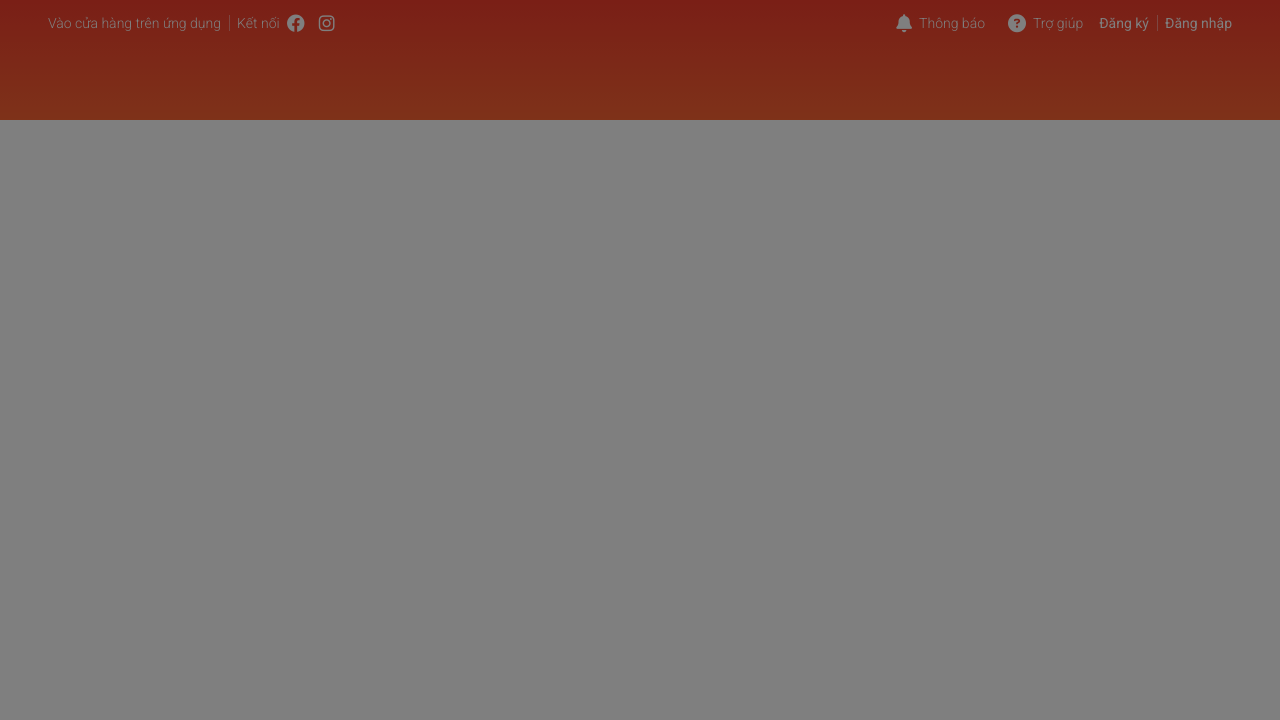
Repository: dptuyen1/F8-Tutorial
Page: index.html
An editor plug-in stored every save of this project. The page is shown before and after the next save, followed by the edit.
The browser window is 1280 px wide. The pictures show the whole page.

Above is the page before, as saved 2023-05-08 18:42:33.

After the next save:
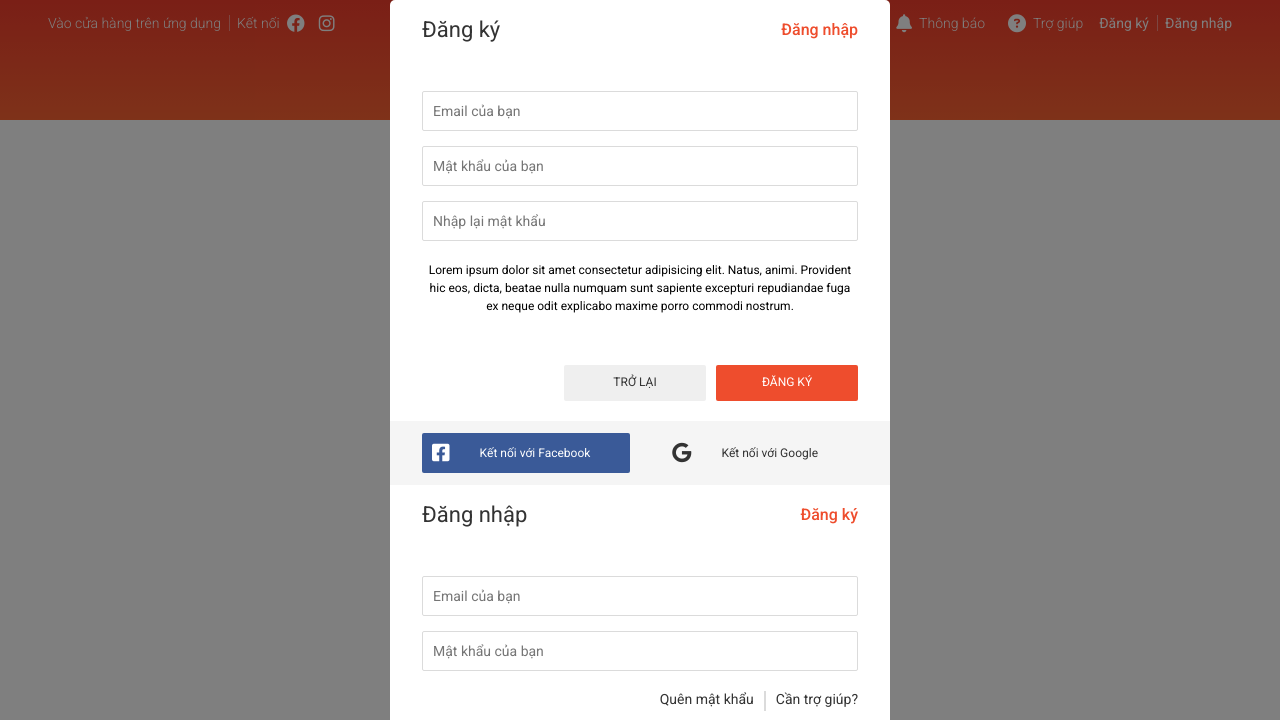
Saved 14 h 33 min later.
--- a/index.html
+++ b/index.html
@@ -175,7 +175,7 @@
         <!-- Authenticated Form -->
 
         <!-- Register Form -->
-        <!-- <form class="auth-form">
+        <form class="auth-form">
           <div class="auth-form__container">
             <div class="auth-form__header">
               <h3 class="auth_form__heading">Đăng ký</h3>
@@ -236,10 +236,10 @@
               <span class="auth-form__socials-label">Kết nối với Google</span>
             </a>
           </div>
-        </form> -->
+        </form>
 
         <!-- Login Form -->
-        <!-- <form class="auth-form">
+        <form class="auth-form">
           <div class="auth-form__container">
             <div class="auth-form__header">
               <h3 class="auth_form__heading">Đăng nhập</h3>
@@ -297,7 +297,7 @@
               >
             </a>
           </div>
-        </form> -->
+        </form>
       </div>
     </div>
   </body>
